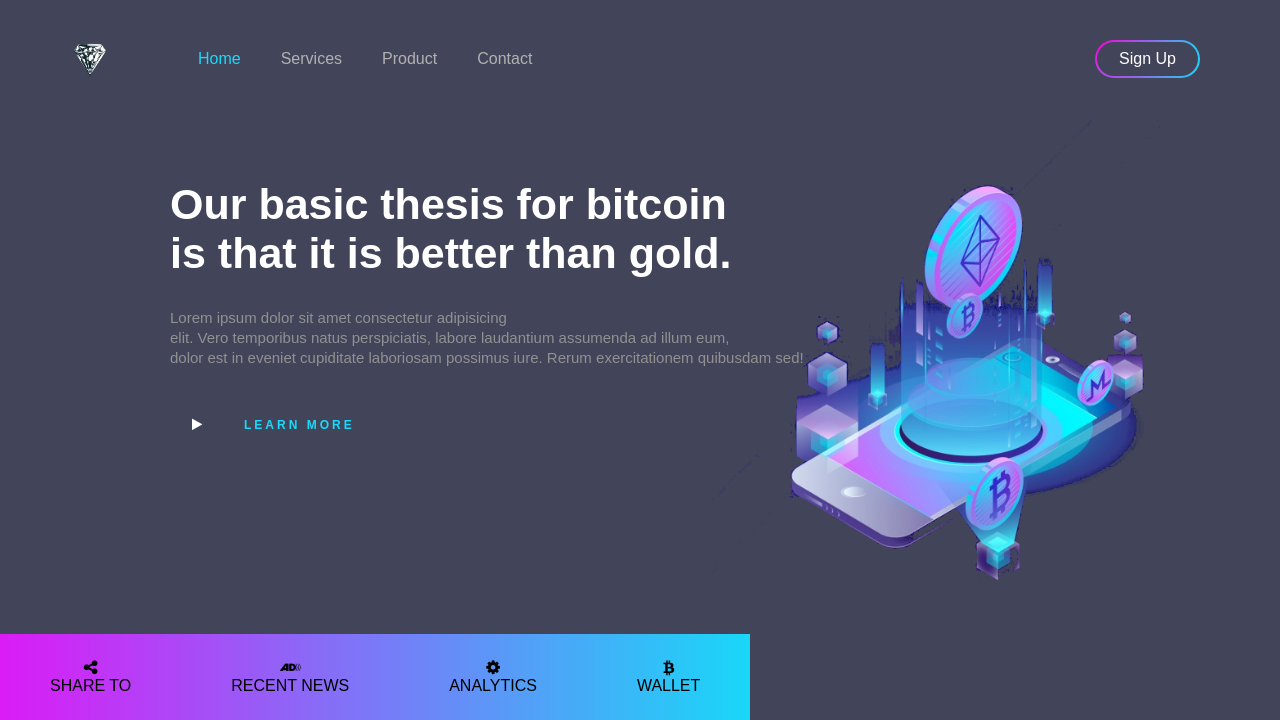
Repository: Aakarshit-Sharma19/Basic-HTML-and-CSS-Page-
Page: index.html
The author's editor kept a copy of each file at every save. The page is drawn from the files as they stood at one save, then again after the next save.
The browser window is 1280 px wide. The pictures show the whole page.

Above is the page before, as saved 2020-11-10 17:06:14.

### index.html
<!DOCTYPE html>
<html lang="en">

<head>
    <title>Crypto Currency Web App - Easy Tutorials</title>
    <link rel="stylesheet" href="style.css">
    <link rel="stylesheet" href="https://stackpath.bootstrapcdn.com/font-awesome/4.7.0/css/font-awesome.min.css">
</head>

<body>
    <div class="container">
        <div class="menu">
            <ul>
                <li class="logo"><img src="1349.png" alt="diamond"></li>
                <li class="active">Home</li>
                <li>Services</li>
                <li>Product</li>
                <li>Contact</li>
                <li><a href="#" class="signup-btn"><span>Sign Up</span></a></li>
            </ul>
        </div>
        <div class="banner">
            <div class="app-text">
                <h1>Our basic thesis for bitcoin <br> is that it is better than gold.</h1>
                <p>Lorem ipsum dolor sit amet consectetur adipisicing <br>elit. Vero temporibus natus perspiciatis,
                    labore
                    laudantium assumenda ad illum eum,<br>  dolor est in eveniet cupiditate laboriosam possimus iure.
                    Rerum
                    exercitationem quibusdam sed!</p>
                <div class="play-btn">
                    <div class="play-btn-inner"><i class="fa fa-play" aria-hidden="true"></i>
                    </div>
                    <small><b>LEARN MORE</b></small>
                </div>
            </div>
            <div class="app-picture">
                <img src="background.png" alt="">
            </div>
        </div>
        <div class="quick-links">
            <ul>
                <li>
                    <i class="fa fa-share-alt" aria-hidden="true"></i><p>SHARE TO</p>
                </li>
                <li>
                   <i class="fa fa-audio-description" aria-hidden="true"></i><p>RECENT NEWS</p>
                </li>
                <li>
                    <i class="fa fa-cog" aria-hidden="true"></i><p>ANALYTICS</p>
                </li>
                <li>
                    <i class="fa fa-btc" aria-hidden="true"></i><p>WALLET</p>
                </li>
            </ul>
        </div>
    </div>
</body>

</html>

### style.css
* {
    margin: 0;
    padding: 0;
    font-family: sans-serif;
}

body{
    background: #42455a;
}
.container{
    width: 100%;
    height: 100%;
}

.menu ul{
    display: inline-flex;
    margin: 50px;
}

.menu ul li{
    list-style: none;
    margin: 0 20px;
    color: #b2b1b1;
    cursor: pointer;
}

.logo img{
    width: 40px;
    margin-top: -12px;
    margin-right: 48px;
}

.active{
    color: #19dafa!important;
}

.signup-btn{
    top: 40px;
    right: 80px;
    position: absolute;
    text-decoration: none;
    color: #fff;
    border: 2px solid transparent;
    border-radius: 20px;
    background-image: linear-gradient(#42455a, #42455a), radial-gradient(circle at top left, #fd00da, #19d7f8);
    background-origin: border-box;
    background-clip: content-box,border-box;
}

.signup-btn span{
    display: block;
    padding: 8px 22px;
}

.banner{
    width: 80%;
    height: 70%;
    top: 25%;
    left: 130px;
    position: absolute;
    color: #fff;
}

.app-text{
    width: 50%;
    float: left;
}

.app-text h1{
    font-size: 43px;
    width: 640px;
    position: relative;
    margin-left: 40px;
}

.app-text p{
    font-size: 15px;
    width: 650px;
    margin: 30px 0 30px 40px;
    line-height: 20px;
    color: #919191;
}

.app-picture{
    width: 50%;
    float: right;
}

.app-picture img{
    width: 100%;
    margin-top: -60px;
    padding-left: 70px;
}

.play-btn{
    margin-left: 40px;
    display: inline-flex;
}

.play-btn-inner{
    height: 50px;
    width: 50px;
    border: 2px solid transparent;
    border-radius: 50%;
    background-image: linear-gradient(#42455a, #42455a), radial-gradient(circle at top left, #fd00da, #19d7f8);
    background-origin: border-box;
    background-clip: content-box,border-￼
    Home
    Services
    Product
    Contact
    Sign Up
    box;
    text-align: center;
}
.play-btn-inner .fa{
    padding: 18px 0px;
    font-size: 13px;
    cursor: pointer;
}

small{
    margin: auto 20px;
    cursor: pointer;
    font-size: 12px;
    color: #19dafa;
    letter-spacing: 3px;
}

.quick-links{
    left: 0;
    bottom: 0;
    position: absolute;
    background: linear-gradient(to right, #db1bf6, #19d7f8);
}
.quick-links ul{
    display: inline-flex;
    margin: 25px auto;
    text-align: center;
}
.quick-links ul li{
    list-style: none;
    margin: 0 50px;
    cursor: pointer;
}

After the next save:
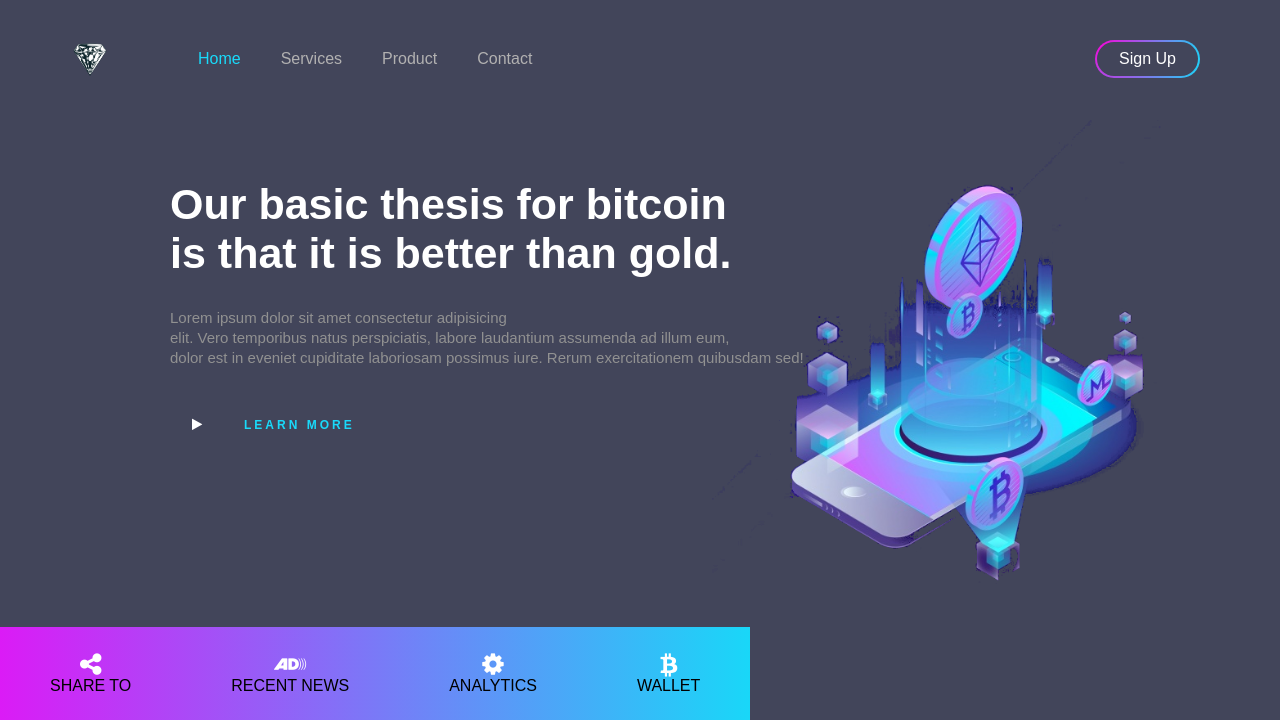
Saved 79 s later.
--- a/style.css
+++ b/style.css
@@ -143,3 +143,7 @@ small{
     margin: 0 50px;
     cursor: pointer;
 }
+.quick-links ul li .fa{
+    font-size: 25px;
+    color: white;
+}
